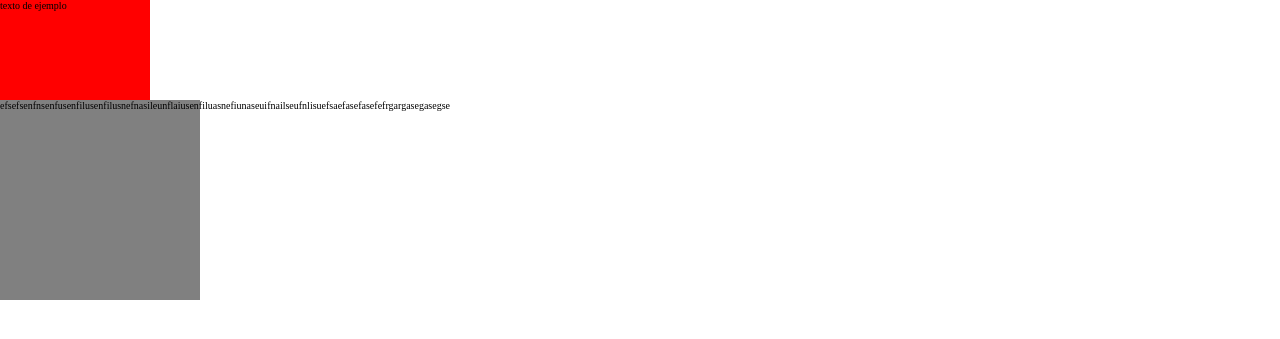
Repository: Daniel009980/daniel0099980
Page: desafio/index.html
The author's editor kept a copy of each file at every save. The page is drawn from the files as they stood at one save, then again after the next save.
The browser window is 1280 px wide. The pictures show the whole page.

Above is the page before, as saved 2022-09-18 23:29:19.

### desafio/index.html
<!DOCTYPE html>
<html lang="en">
<head>
    <meta charset="UTF-8">
    <meta http-equiv="X-UA-Compatible" content="IE=edge">
    <meta name="viewport" content="width=device-width, initial-scale=1.0">
    <title>Desafio</title>
    <link rel="stylesheet" href="./style.css">
</head>
<body>
    <main>
        <div><p>texto de ejemplo</p></div>
        <section><p>efsefsenfnsenfusenfilusenfilusnefnasileunflaiusenfiluasnefiunaseuifnailseufnlisuefsaefasefasefefrgargasegasegse</p></section>
    </main>
</body>
</html>

### desafio/style.css
*{
    box-sizing: border-box;
    margin: 0;
    padding: 0;
}

html{
    font-size: 62.5%;
}

div{
    background-color: red;
    width: 150px;
    height: 100px;
}

section{
    background-color: grey;
    width: 200px;
    height: 200px;
}

After the next save:
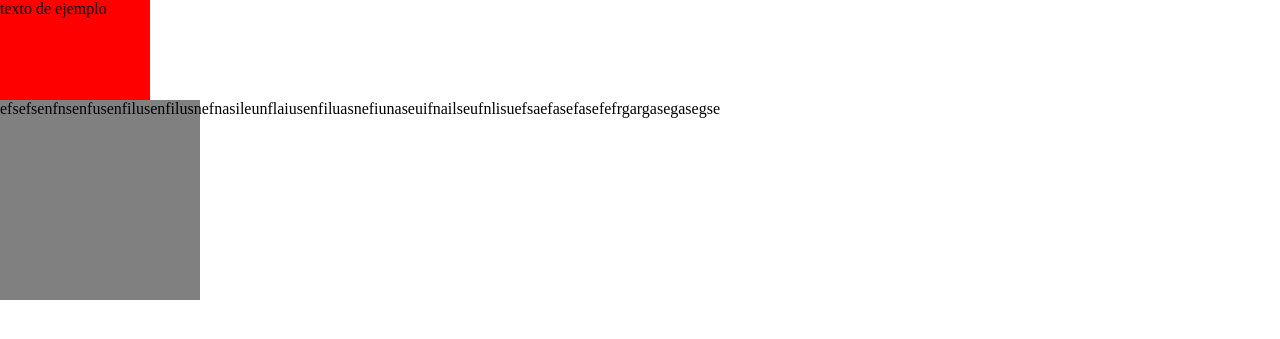
Saved 35 s later.
--- a/desafio/style.css
+++ b/desafio/style.css
@@ -4,9 +4,6 @@
     padding: 0;
 }
 
-html{
-    font-size: 62.5%;
-}
 
 div{
     background-color: red;
